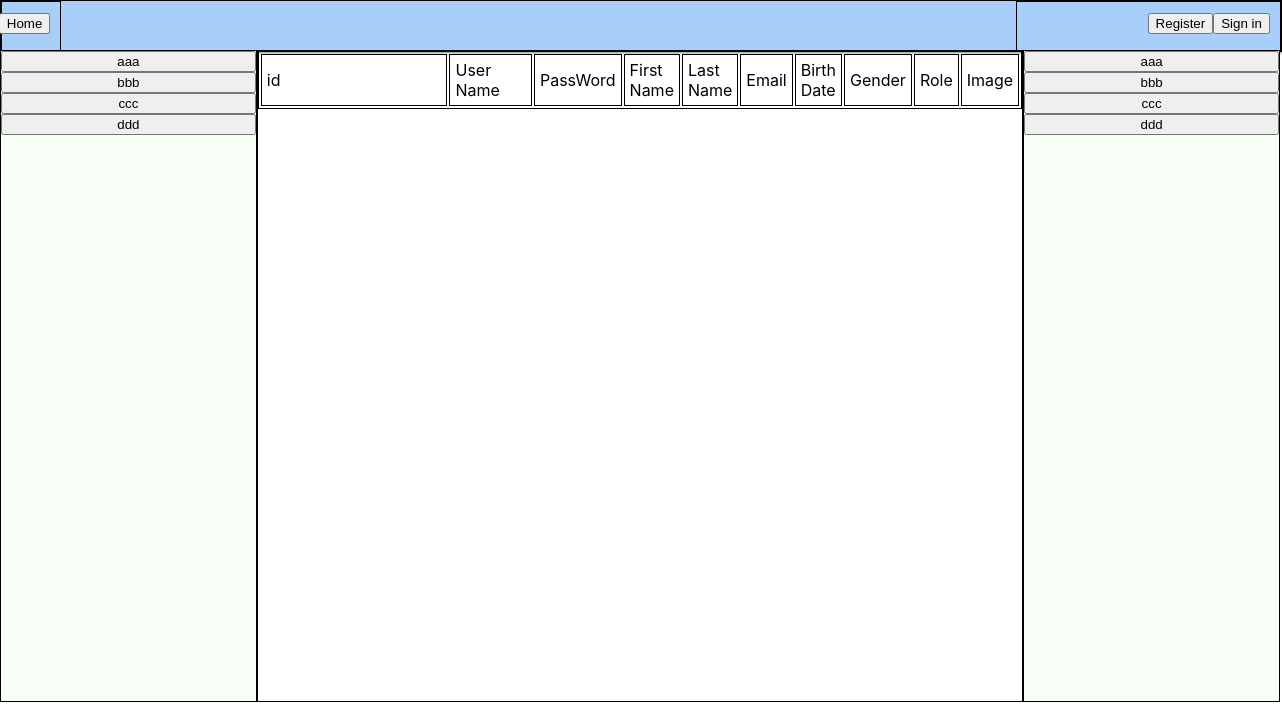
Repository: MichaelSodovski/website-client
Page: /users
The author's editor kept a copy of each file at every save. The page is drawn from the files as they stood at one save, then again after a run of saves.
The browser window is 1280 px wide. The page is 1282 px wide, so the pictures cover 1282 px, including what lies to the right of the window. The pictures show the whole page.
The page's requests for data from a server got no answer. The project was rebuilt for these pictures with package versions that can differ from the ones it lists, and the page was loaded fresh each time. No one was signed in, and anything a server would have sent is missing. Also part of the build but not shown: src/components/home/home.component.jsx, src/components/register/register.component.css, src/components/payment-info/payment.component.css, src/components/payment-info/payment.component.js, src/components/register/register.component.jsx, src/components/signIn/signIn.component.css, src/components/signIn/signIn.component.jsx.

Above is the page before, as saved 2022-05-14 22:21:44.

After the next 2 saves:
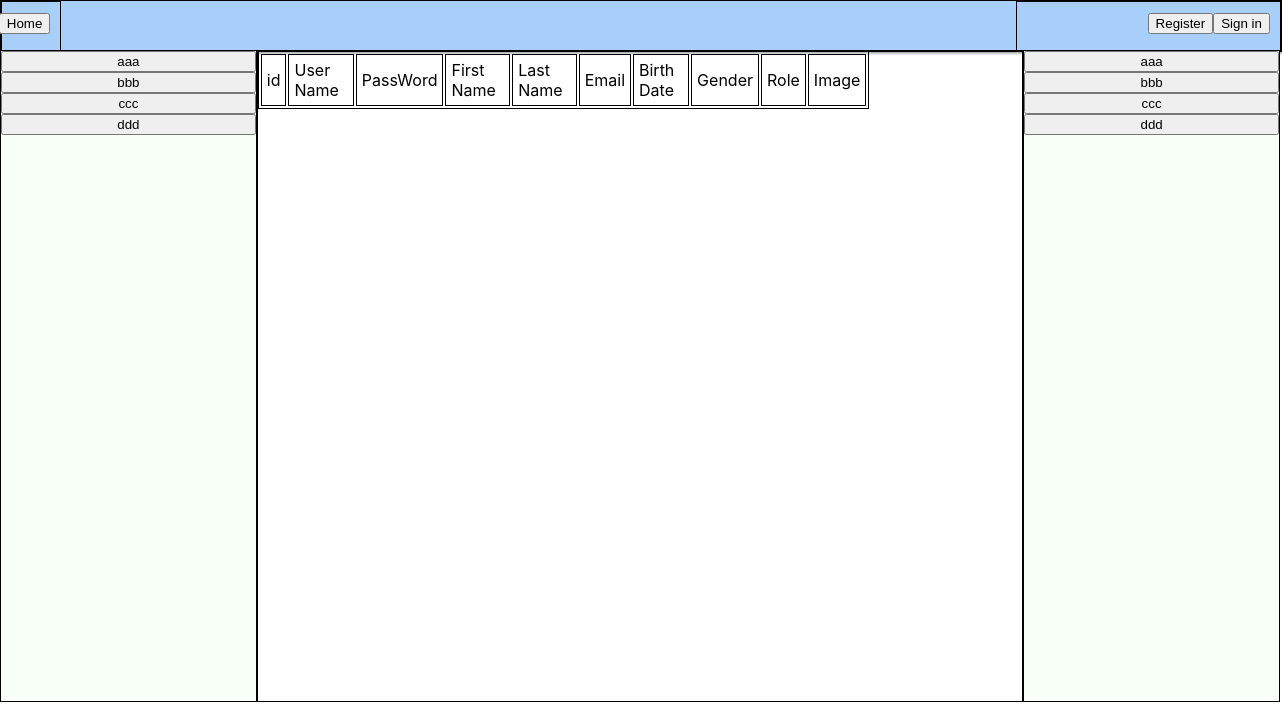
The 2 saves are shown as one change because they came seconds apart.
The last was saved 9 s later.
--- a/src/components/users/users.component.css
+++ b/src/components/users/users.component.css
@@ -1,9 +1,10 @@
 .table-users {
     border: 1px solid black;
+    width: 80%;
 }
 
 .table-users > tr, td {
     border: 1px solid black;
     padding: 5px;
-    width: 80%;
+
 }
